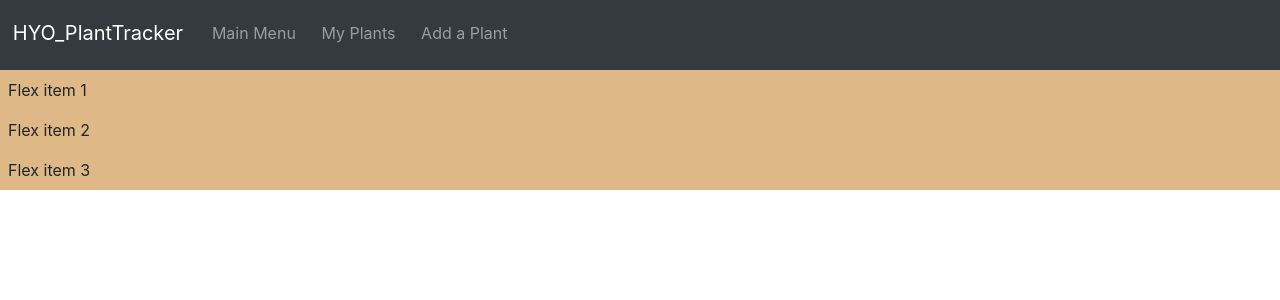
Repository: emersonwilliams/HYO_PlantTracker
Page: capstone_app/plant_tracker/templates/myplants.html
An editor plug-in stored every save of this project. The page is shown before and after the next save, followed by the edit.
The browser window is 1280 px wide. The pictures show the whole page.

Above is the page before, as saved 2020-08-02 01:32:50.

After the next save:
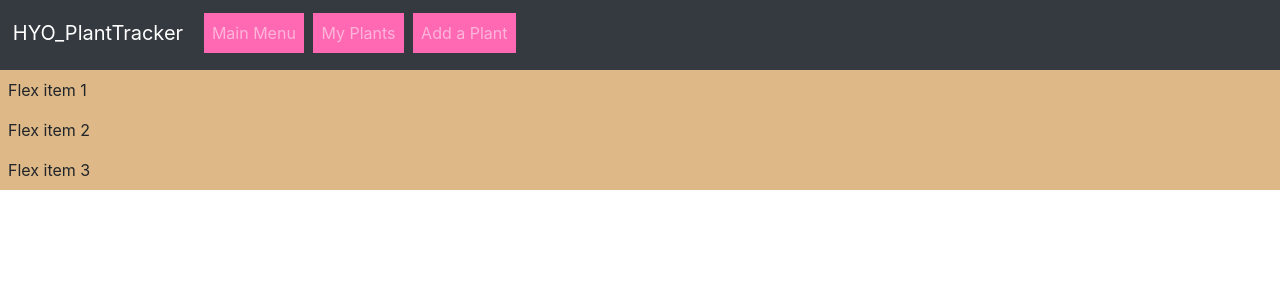
Saved 7 s later.
--- a/capstone_app/plant_tracker/static/css/myplants.css
+++ b/capstone_app/plant_tracker/static/css/myplants.css
@@ -5,7 +5,7 @@
 .op1{
     /* padding: 2em 2em 2em 2em; */
     margin: 0.3em ;
-    background-color: ;
+    background-color: hotpink;
 }
 
 .k1{

After the save that followed:
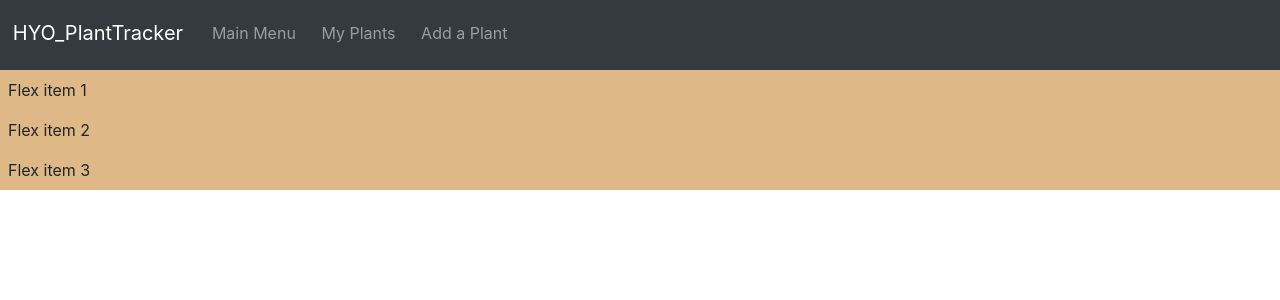
Saved 16 s later.
--- a/capstone_app/plant_tracker/static/css/myplants.css
+++ b/capstone_app/plant_tracker/static/css/myplants.css
@@ -5,7 +5,7 @@
 .op1{
     /* padding: 2em 2em 2em 2em; */
     margin: 0.3em ;
-    background-color: hotpink;
+
 }
 
 .k1{
